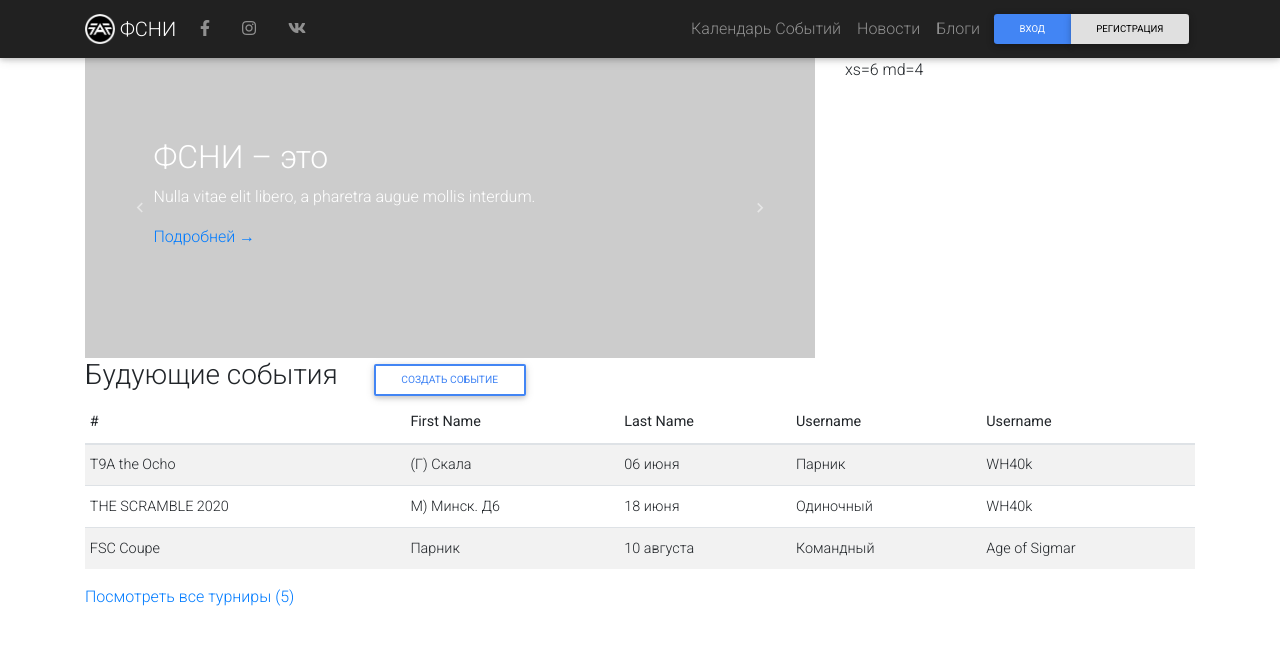
Repository: alexey1986/fsni_test
Page: /
An editor plug-in stored every save of this project. The page is shown before and after the next save, followed by the edit.
The browser window is 1280 px wide. The pictures show the whole page.
The project was rebuilt for these pictures with package versions that can differ from the ones it lists, and the page was loaded fresh each time. Also part of the build but not shown: src/pages/calendar.jsx, src/pages/news.jsx, src/pages/blogs.jsx.

Above is the page before, as saved 2020-08-29 10:32:42.

### src/index.js
import React from 'react';
import ReactDOM from 'react-dom';
import 'bootstrap/dist/css/bootstrap.min.css';
import '@fortawesome/fontawesome-free/css/all.min.css';
//import 'bootstrap-css-only/css/bootstrap.min.css';
import 'mdbreact/dist/css/mdb.css';


import App from './App';
import * as serviceWorker from './serviceWorker';

ReactDOM.render(
  <React.StrictMode>
    <App />
  </React.StrictMode>,
  document.getElementById('root')
);

// If you want your app to work offline and load faster, you can change
// unregister() to register() below. Note this comes with some pitfalls.
// Learn more about service workers: https://bit.ly/CRA-PWA
serviceWorker.unregister();

### src/App.js
import React from 'react';
import { BrowserRouter as Router, Route } from "react-router-dom";
import NavBarComponent from './components/nav/NavBar';
import Home from './pages/home';
import Calendar from './pages/calendar';
import News from './pages/news';
import Blogs from './pages/blogs';

const App = () => {
  return (
    <Router>
      <NavBarComponent></NavBarComponent>
      <Route path="/" exact component={Home} />
      <Route path="/calendar" exact component={Calendar} />
      <Route path="/news" exact component={News} />
      <Route path="/blogs" exact component={Blogs} />
    </Router>
  )
}


export default App;

### src/components/nav/NavBar.jsx
import React from 'react';
import { Link, NavLink } from "react-router-dom";
import { Container, Navbar, Nav, ButtonGroup, Button } from 'react-bootstrap';
import SocialButtons from './SocialButtons';
import logo from './logo.png';

const NavBarComponent = () => {
    return (
        <Navbar bg="dark" expand="lg" variant="dark" sticky="top" >
            <Container>
                <Navbar.Brand as={Link} to='/'>
                    <img
                        alt=""
                        src={logo}
                        width="30"
                        height="30"
                        className="d-inline-block align-top"
                    />{' '}
                    ФСНИ
                </Navbar.Brand>
                <Navbar.Toggle aria-controls="basic-navbar-nav" />
                <Navbar.Collapse id="basic-navbar-nav">
                    <SocialButtons />
                    <Nav>
                        <Nav.Link as={NavLink} to='/calendar'>Календарь Событий</Nav.Link>
                        <Nav.Link as={NavLink} to='/news'>Новости</Nav.Link>
                        <Nav.Link as={NavLink} to='/blogs'>Блоги</Nav.Link>
                    </Nav>
                    <ButtonGroup size="sm" aria-label="login/registration">
                        <Button variant="primary">Вход</Button>
                        <Button variant="light">Регистрация</Button>
                    </ButtonGroup>
                </Navbar.Collapse>
            </Container>
        </Navbar>
    )
}

export default NavBarComponent;

### src/pages/home.jsx
import React from 'react';
import { Container, Row, Col, Button, Table } from 'react-bootstrap';
import CarouselComponent from '../components/carousel/Carousel';


import { Link } from "react-router-dom";

const Home = () => {
    return (
        <Container>
            <section>
                <Row>
                    <Col xs={12} md={8}>
                        <CarouselComponent />
                    </Col>
                    <Col xs={6} md={4}>
                        xs=6 md=4
                </Col>
                </Row>
            </section>

            <section>
                <Row>
                    <Col md="auto">
                        <h3>Будующие события</h3>
                    </Col>
                    <Col>
                        <Button variant="outline-primary" size="sm">Создать Событие</Button>{' '}
                    </Col>
                </Row>

                <Table responsive striped hover size="sm">
                    <thead>
                        <tr>
                            <th>#</th>
                            <th>First Name</th>
                            <th>Last Name</th>
                            <th>Username</th>
                            <th>Username</th>
                        </tr>
                    </thead>
                    <tbody>
                        <tr>
                            <td>T9A the Ocho</td>
                            <td>(Г) Скала</td>
                            <td>06 июня</td>
                            <td>Парник</td>
                            <td>WH40k</td>
                        </tr>
                        <tr>
                            <td>THE SCRAMBLE 2020</td>
                            <td>М) Минск. Д6</td>
                            <td>18 июня</td>
                            <td>Одиночный</td>
                            <td>WH40k</td>
                        </tr>
                        <tr>
                            <td>FSC Coupe </td>
                            <td>Парник</td>
                            <td>10 августа</td>
                            <td>Командный</td>
                            <td>Age of Sigmar</td>
                        </tr>
                    </tbody>
                </Table>

                <Link to='/'>Посмотреть все турниры (5)</Link>


            </section>
        </Container>
    )
}

export default Home;

### src/components/nav/SocialButtons.jsx
import React from 'react';
import { Nav } from 'react-bootstrap';
import { MDBIcon } from 'mdbreact';

const SocialButtons = () => {
  return (
    <Nav className="mr-auto" >
      <Nav.Link href="#!" className="fb-ic mr-3">
        <MDBIcon fab icon="facebook-f" />
      </Nav.Link>
      <Nav.Link href="#!" className="ins-ic mr-3">
        <MDBIcon fab icon="instagram" />
      </Nav.Link>
      <Nav.Link href="#!" className="vk-ic mr-3">
        <MDBIcon fab icon="vk" />
      </Nav.Link>
    </Nav>
  );
}

export default SocialButtons;

### src/components/carousel/Carousel.jsx
import React from 'react';
import { Carousel } from 'react-bootstrap';
import { Link } from "react-router-dom";
import './styles.css';


class CarouselComponent extends React.Component {
    render() {
        return (
            <Carousel indicators={false}>
                <Carousel.Item>
                    <Carousel.Caption>
                        <h2>ФСНИ – это </h2>
                        <p>Nulla vitae elit libero, a pharetra augue mollis interdum.</p>
                        <p>
                            <Link to='/'>Подробней &#8594;</Link>
                        </p>
                    </Carousel.Caption>
                </Carousel.Item>
                <Carousel.Item>
                    <Carousel.Caption>
                        <h2>ФСНИ – это </h2>
                        <p>Lorem ipsum dolor sit amet, consectetur adipiscing elit. Vivamus magna justo, lacinia eget consectetur sed, convallis at tellus.</p>
                        <p>
                            <Link to='/'>Подробней &#8594;</Link>
                        </p>
                    </Carousel.Caption>
                </Carousel.Item>
                <Carousel.Item>
                    <Carousel.Caption>
                        <h2>ФСНИ – это </h2>
                        <p>Lorem ipsum dolor sit amet, consectetur adipiscing elit. Vivamus magna justo, lacinia eget consectetur sed, convallis at tellus.</p>
                        <p>
                            <Link to='/'>Подробней &#8594;</Link>
                        </p>
                    </Carousel.Caption>
                </Carousel.Item>
            </Carousel>
        )
    }
}

export default CarouselComponent;

### src/components/carousel/styles.css
.carousel-item {
    background: #ccc;
    height: 300px;
}

.carousel-caption {
    top: 20%;
    bottom: auto;
    text-align: left;
}

Loaded but not shown: public/index.html (common file); src/serviceWorker.js (common file)

After the next save:
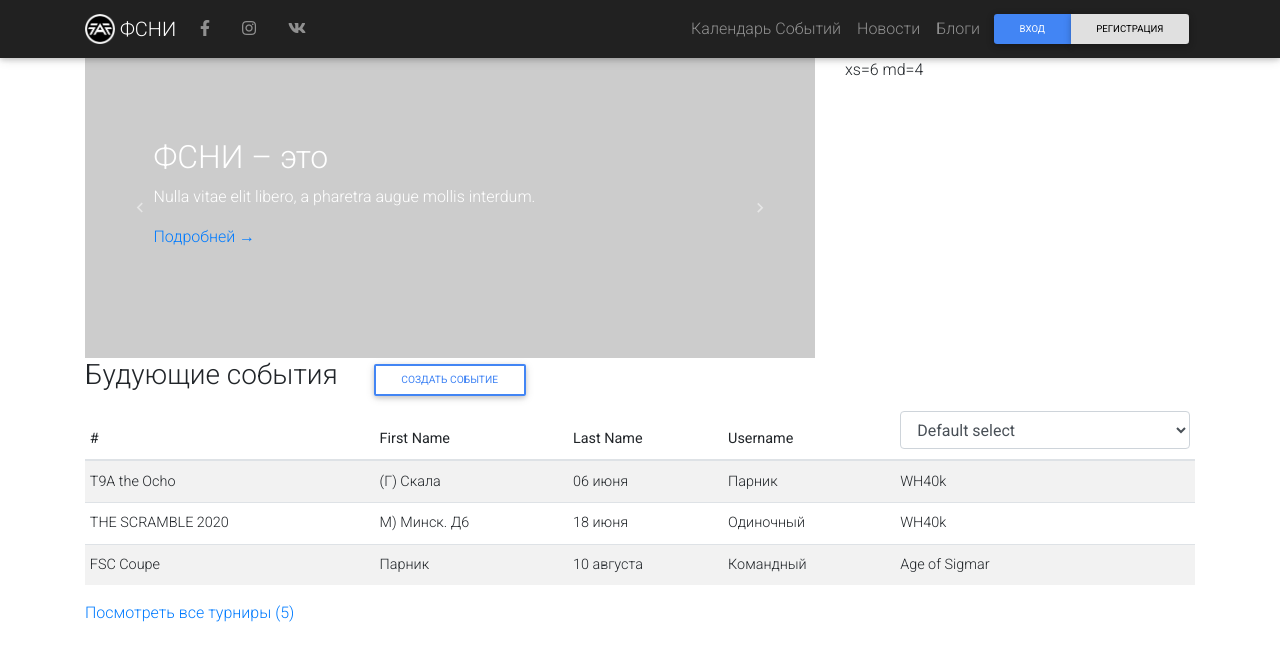
Saved 52 s later.
--- a/src/pages/home.jsx
+++ b/src/pages/home.jsx
@@ -1,5 +1,5 @@
 import React from 'react';
-import { Container, Row, Col, Button, Table } from 'react-bootstrap';
+import { Container, Row, Col, Button, Table, Form } from 'react-bootstrap';
 import CarouselComponent from '../components/carousel/Carousel';
 
 
@@ -36,7 +36,11 @@
                             <th>First Name</th>
                             <th>Last Name</th>
                             <th>Username</th>
-                            <th>Username</th>
+                            <th>
+                                <Form.Control as="select">
+                                    <option>Default select</option>
+                                </Form.Control>
+                            </th>
                         </tr>
                     </thead>
                     <tbody>
